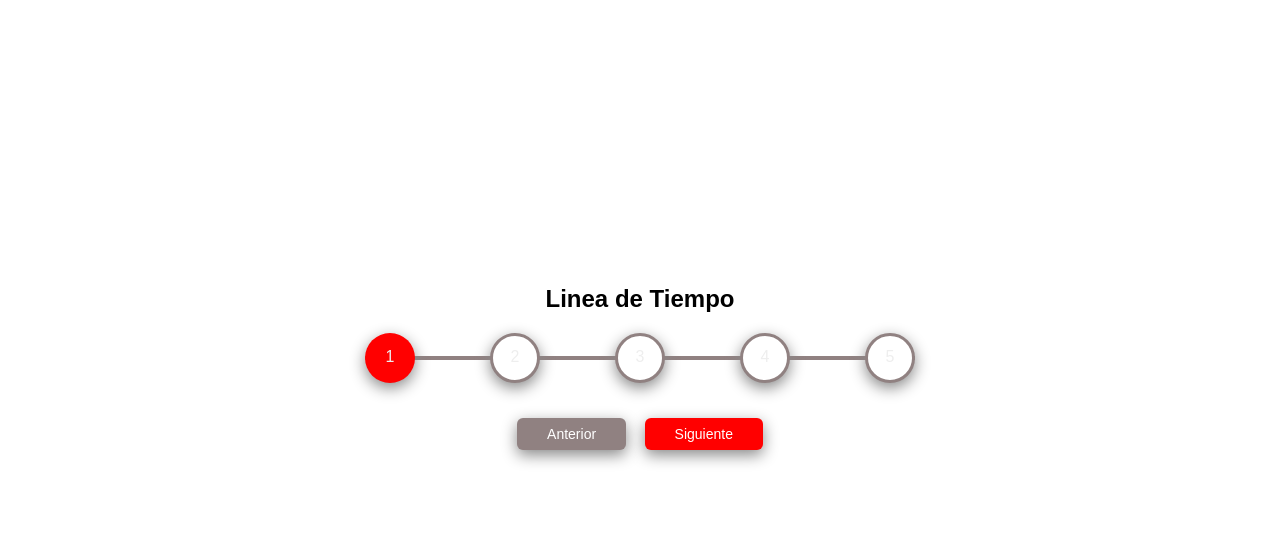
Repository: ElideZavala/Linea-de-tiempo
Page: index.html
These files come from the project's save history. The page is drawn as it stood at one moment and after the next save; the edit follows.
The browser window is 1280 px wide. The pictures show the whole page.
Some web fonts or font styles are not loaded; a fallback is used.

Above is the page before, as saved 2021-05-28 10:11:20.

### index.html
<!DOCTYPE html>
<html lang="en">
<head>
	<meta charset="UTF-8">
	<meta http-equiv="X-UA-Compatible" content="IE=edge">
	<meta name="viewport" content="width=device-width, initial-scale=1.0">
	<link rel="stylesheet" href="style.css">
	<link rel="stylesheet" href="normalize.css">
	<title>Pasos de progreso </title>
</head>
<body>
	<h2>Linea de Tiempo</h2>
	<div class="container">
		<div class="progress-container">
			<div class="sombra3d"></div>
			<div class="progress" id="progress"></div>
			<div class="circle active">1</div>
			<div class="circle">2</div>
			<div class="circle">3</div>
			<div class="circle">4</div>
			<div class="circle">5</div>
		</div>

		<button class="btn" id="prev" disabled>Anterior</button>
		<button class="btn" id="next">Siguiente</button>
		<script src="script.js"></script>
	</div>
</body>
</html>

### style.css
/* @import url('https://fonts.googleapis.com/css2?family=Roboto:wght@400;700&display=swap'); */
@import url('https://fonts.googleapis.com/css?family=Muli&display=swap');


:root {
	--line-border-fill: red;
	--line-border-empty: rgb(144, 129, 129);
}

* {
	box-sizing: border-box;
}

body {
	font-family: 'Muli', sans-serif;
	display: flex;
	flex-direction: column;
	align-items: center;
	justify-content: center;
	height: 100vh;
	overflow: hidden;
	margin: 0;
}

.h2 {
	margin: 50px;
}

.container {
	text-align: center;
}

.progress-container {
	display: flex;
	justify-content: space-between;
	position: relative;
	margin-bottom: 30px;
	max-width: 100%;
	width: 550px;
}

.progress-container::before {
	content: '';
	background-color: var( --line-border-empty);
	position: absolute;
	top: 50%;
	left: 0;
	transform: translateY(-50%);
	height: 4px;
	width: 100%;
	z-index: -1;
	transition: 0.4s ease;
}

.progress {
	background-color: var( --line-border-fill );
	position: absolute;
	top: 50%;
	left: 0;
	transform: translateY(-50%);
	height: 4px;
	width: 0%;
	z-index: -1;
	transition: 0.4s ease;
}

.circle {
	background-color: #fff;
	color: #eee;
	border-radius: 50%;
	height: 50px;
	width: 50px;
	display: flex;
	align-items: center;
	justify-content: center;
	border: 3px solid var( --line-border-empty );
	transition: .4s ease;
	-moz-animation: rotacion 10s infinite linear;
	box-shadow: 0px 5px 15px #888;
}

@-moz-keyframes rotacion{
	0% {
		background-position: 0px 0px;
	}
	100%{
		background-position: -160px 0px;
	}
}

.sombra3d {
	background: url("bola4.png");
	position: absolute;
	width: 50px;
	height: 50px;
}

.circle.active {
	background-color: red;
	border: none;
}

.btn {
	background-color: var(--line-border-fill);
	color: #fff;
	border: 0;
	border-radius: 6px;
	cursor: pointer;
	font-family: inherit;
	padding: 8px 30px;
	margin: 5px 7px;
	font-size: 14px;
	box-shadow: 0px 5px 15px #888;
}

.btn:active {
	transform: scale(0.98);
}

.btn:focus {
	outline: 0;
}

.btn:disabled {
	background-color: var( --line-border-empty );
	cursor: not-allowed;
}

### script.js
const progress = document.querySelector('#progress');
const prev = document.querySelector('#prev');
const next = document.querySelector('#next');
const circles = document.querySelectorAll('.circle');

let currentActive = 1

next.addEventListener('click', () => {
	currentActive++

	if (currentActive > circles.length) {
		currentActive = circles.length
	}

	update();
})

prev.addEventListener('click', () => {
	currentActive--

	if (currentActive < 1) {
		currentActive = 1;
	}

	update();
})

function update() {
	circles.forEach((circle, idx) => {
		if (idx < currentActive) {
			circle.classList.add('active');
		} else {
			circle.classList.remove('active');
		}
	})

	const actives = document.querySelectorAll('.active');
	console.log(actives.length)

	const percent = (actives.length - 1) / (circles.length - 1) * 100 + '%';

	progress.style.width = percent;

	if (currentActive === 1) {
		prev.disabled = true;
	} else if (currentActive === circles.length) {
		next.disabled = true;
	} else {
		prev.disabled = false;
		next.disabled = false;
	}
}

Loaded but not shown: normalize.css (library)

After the next save:
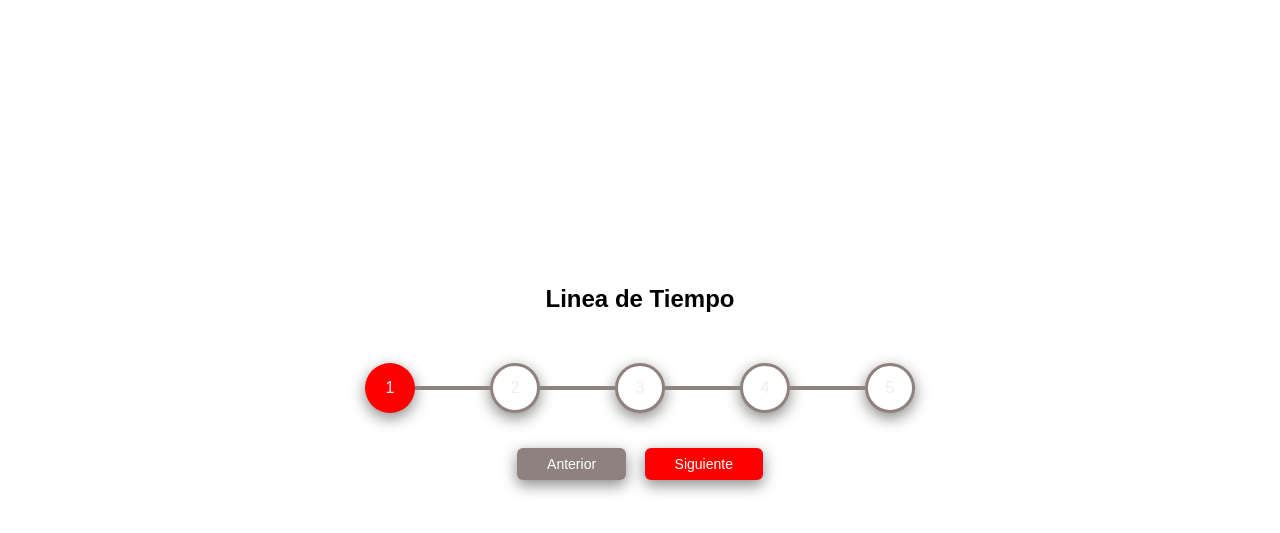
Saved 19 s later.
--- a/style.css
+++ b/style.css
@@ -22,7 +22,7 @@ body {
 	margin: 0;
 }
 
-.h2 {
+h2 {
 	margin: 50px;
 }
 
